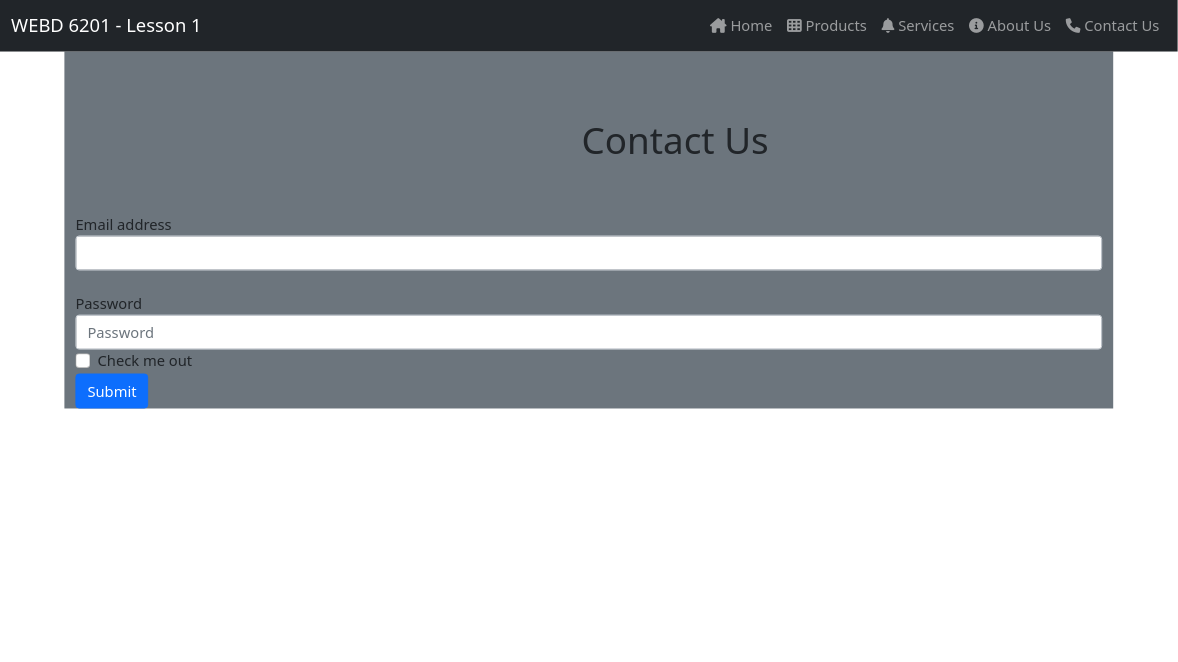
Repository: devanshudave1901/DevanshuDave_AngaranYogeswaranLab2
Page: contact.html
An editor plug-in stored every save of this project. The page is shown before and after the next save, followed by the edit.
The browser window is 1280 px wide. The pictures show the whole page, at 92% of full size.

Above is the page before, as saved 2022-02-10 12:22:02.

### contact.html
<!DOCTYPE html>
<html lang="en">
  <head>
    <meta charset="UTF-8" />
    <meta http-equiv="X-UA-Compatible" content="IE=edge" />
    <meta name="viewport" content="width=device-width, initial-scale=1.0" />
    <title>Contact Us</title>
    <link
      rel="stylesheet"
      href="./node_modules/bootstrap/dist/css/bootstrap.min.css"
    />
    <link
      rel="stylesheet"
      href="./node_modules/@fortawesome/fontawesome-free/css/all.min.css"
    />
    <link rel="stylesheet" href="./Content/app.css" />
  </head>
  <body>
    <nav class="navbar navbar-expand-lg navbar-dark bg-dark">
      <div class="container-fluid">
        <a class="navbar-brand" href="#">WEBD 6201 - Lesson 1</a>
        <button
          class="navbar-toggler"
          type="button"
          data-bs-toggle="collapse"
          data-bs-target="#navbarSupportedContent"
          aria-controls="navbarSupportedContent"
          aria-expanded="false"
          aria-label="Toggle navigation"
        >
          <span class="navbar-toggler-icon"></span>
        </button>
        <div class="collapse navbar-collapse" id="navbarSupportedContent">
          <ul class="navbar-nav ms-auto">
            <li class="nav-item active">
              <a class="nav-link" aria-current="page" href="./index.html"
                ><i class="fa-solid fa-house-chimney"></i> Home</a
              >
            </li>

            <li class="nav-item">
              <a class="nav-link" href="./products.html"
                ><i class="fa-solid fa-th"></i> Products</a
              >
            </li>
            <li class="nav-item">
              <a class="nav-link" href="./services.html"
                ><i class="fa-solid fa-bell"></i> Services</a
              >
            </li>
            <li class="nav-item">
              <a class="nav-link" href="./about.html">
                <i class="fa-solid fa-circle-info"></i> About Us</a
              >
            </li>
            <li class="nav-item">
              <a class="nav-link" href="./contact.html">
                <i class="fa-solid fa-phone"></i> Contact Us</a
              >
            </li>
          </ul>
        </div>
      </div>
    </nav>
    <div class="jumbotron bg-secondary container" id="contentArea">
      <br />
      <br />
      <br />
      <h1 id="contactId">Contact Us</h1>
      <br />
      <br />

      <form>
        <div class="form-group">
          <label for="exampleInputEmail1"> Email address</label>
          <input type="email" class="form-control" id="exampleInputEmail1" />
        </div>
        <br />
        <div class="form-group">
          <label for="exampleInputPassword1">Password</label>
          <input
            type="password"
            class="form-control"
            id="exampleInputPassword1"
            placeholder="Password"
            rows="3"
          />
        </div>
        <div class="form-check">
          <input type="checkbox" class="form-check-input" id="exampleCheck1" />
          <label class="form-check-label" for="exampleCheck1"
            >Check me out</label
          >
        </div>
        <button type="submit" class="btn btn-primary">Submit</button>
      </form>
    </div>
    <!-- 3RD Party Library-->
    <script src="./node_modules/jquery/dist/jquery.min.js"></script>
    <script src="./node_modules/bootstrap/dist/js/bootstrap.min.js"></script>
  </body>
</html>

### Content/app.css
#Contactform {
  padding: 100px 90px 550px 400px;
}

.formInputBox {
  padding-left: 60px;
  margin: 8px 0;
  border: dashed;
  box-sizing: border-box;
}

#contactId {
  padding-left: 550px;
}

Loaded but not shown: node_modules/bootstrap/dist/css/bootstrap.min.css (library); node_modules/@fortawesome/fontawesome-free/css/all.min.css (library); node_modules/jquery/dist/jquery.min.js (library); node_modules/bootstrap/dist/js/bootstrap.min.js (library)

After the next save:
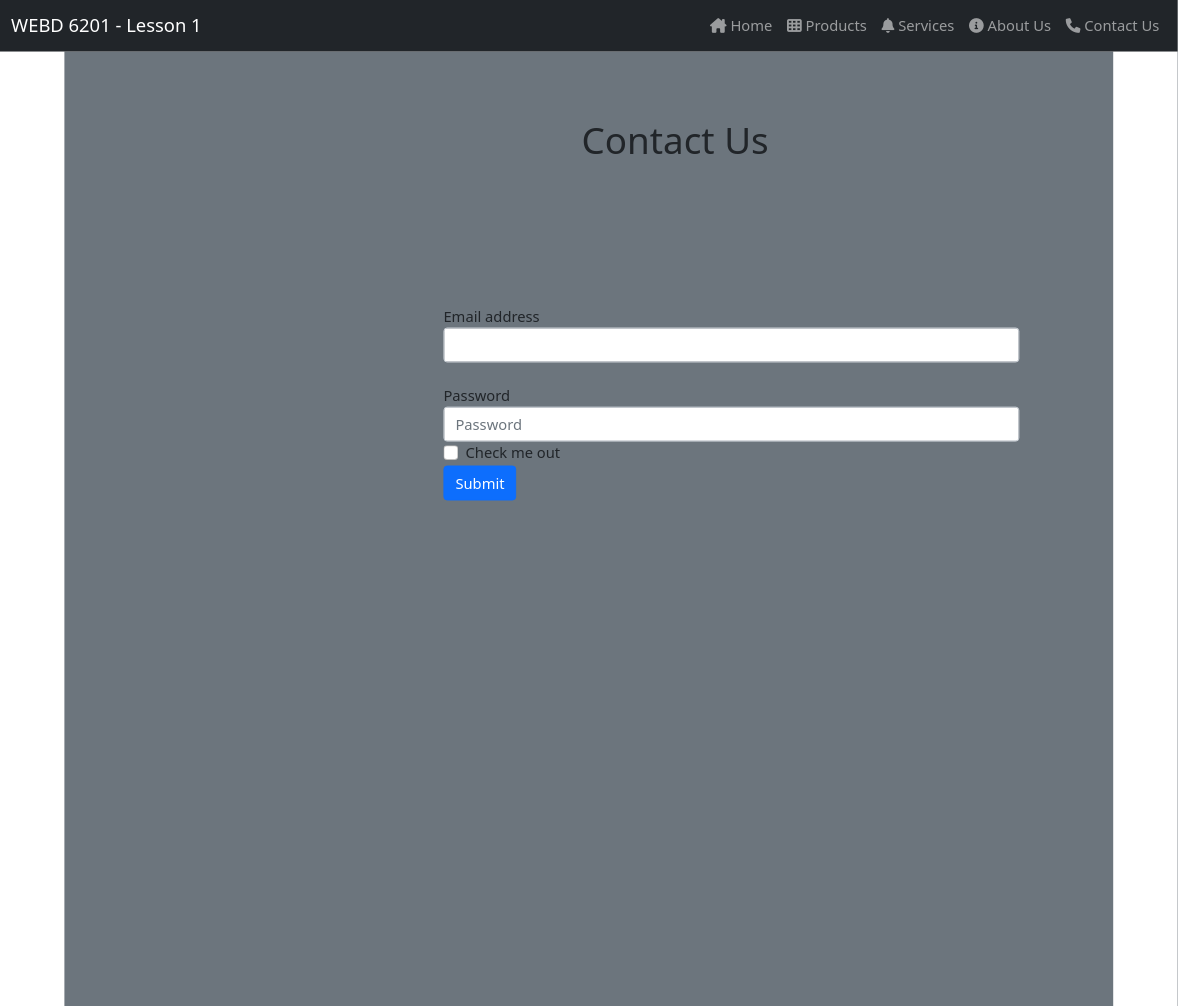
Saved 9 s later.
--- a/contact.html
+++ b/contact.html
@@ -70,7 +70,7 @@
       <br />
       <br />
 
-      <form>
+      <form id="Contactform">
         <div class="form-group">
           <label for="exampleInputEmail1"> Email address</label>
           <input type="email" class="form-control" id="exampleInputEmail1" />
